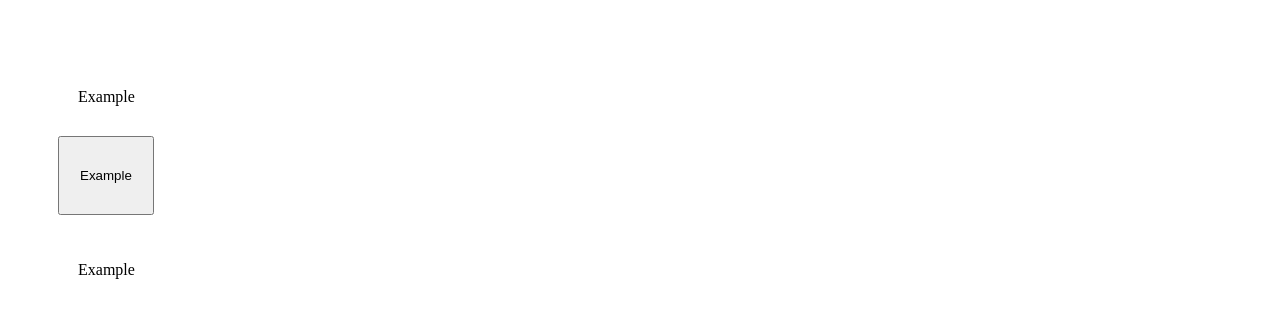
Repository: Folody-Team/Patery-UI
Page: example/index.html
The author's editor kept a copy of each file at every save. The page is drawn from the files as they stood at one save, then again after the next save.
The browser window is 1280 px wide. The pictures show the whole page.

Above is the page before, as saved 2022-01-17 10:41:21.

After the next save:
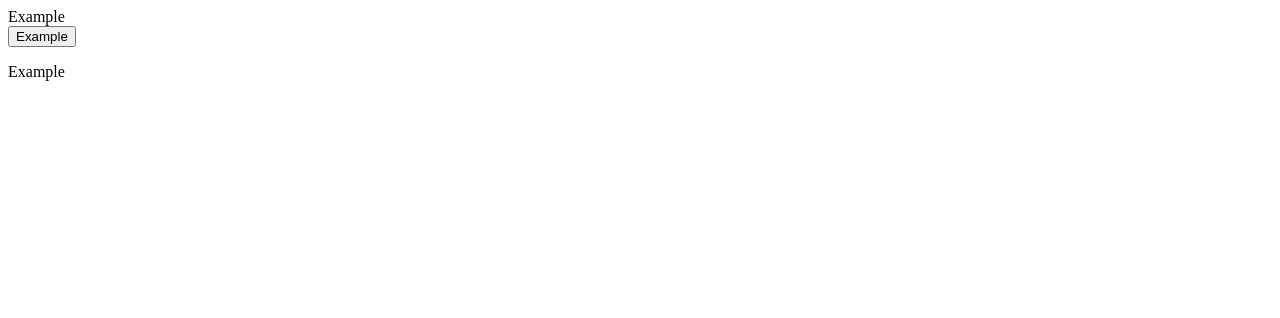
Saved 37 s later.
--- a/example/index.html
+++ b/example/index.html
@@ -7,13 +7,10 @@
     <title>Example</title>
 </head>
 <body>
-    <PateryPadding padV="50px" padH="50px">
-        <div padV="30px" padH="20px">Example</div>
-        <button padV="30px" padH="20px">Example</button>
-        <p padV="30px" padH="20px">Example</p>
-    </PateryPadding>
-
+    <div padV="30px" padH="20px">Example</div>
+    <button padV="30px" padH="20px">Example</button>
+    <p padV="30px" padH="20px">Example</p>
     <!-- ..... more -->
-    <script src="../patery.js"></script>
+    <script src="https://cdn.jsdelivr.net/gh/Folody-Team/Patery-UI/patery.js"></script>
 </body>
 </html>
